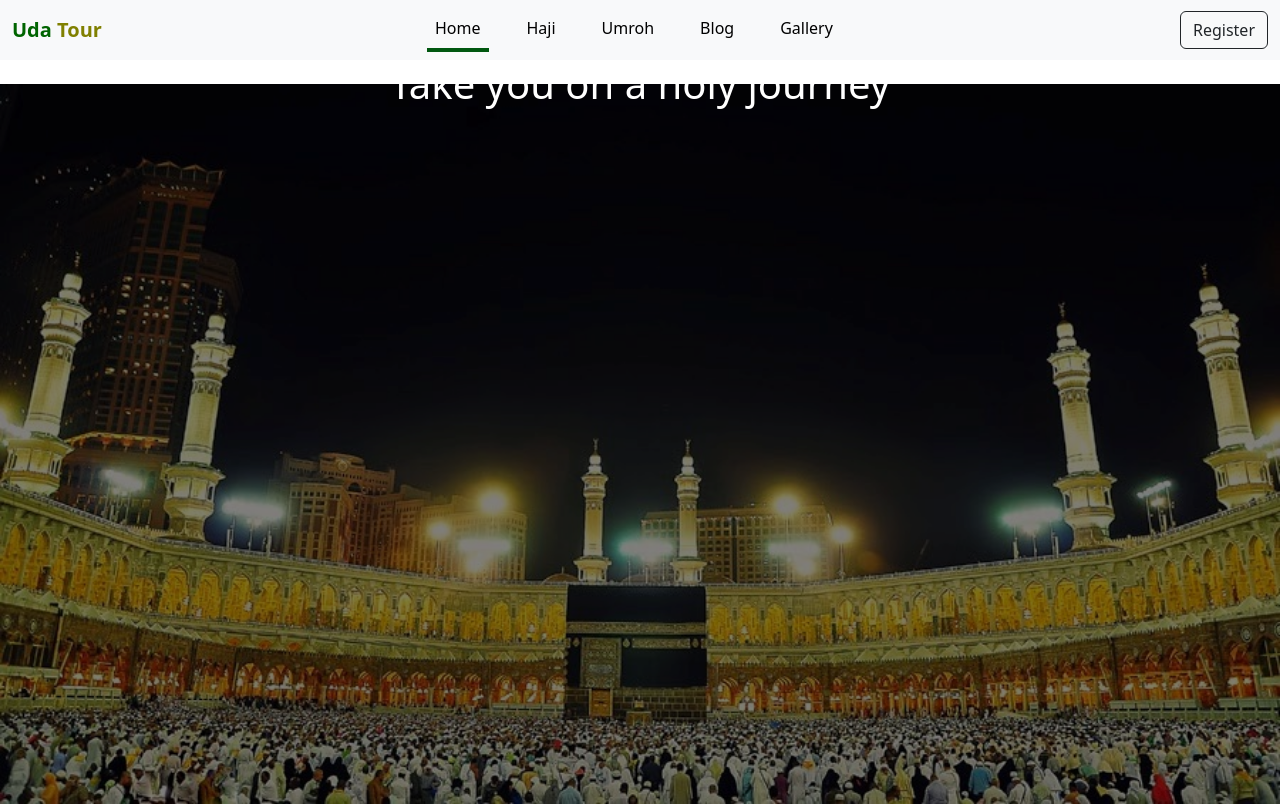
Repository: Putrabobi/Task7
Page: index.html
The author's editor kept a copy of each file at every save. The page is drawn from the files as they stood at one save, then again after the next save.
The browser window is 1280 px wide. The pictures show the whole page.

Above is the page before, as saved 2024-03-25 10:40:05.

### index.html
<!DOCTYPE html>
<html lang="en">

<head>
    <meta charset="UTF-8">
    <meta name="viewport" content="width=device-width, initial-scale=1.0">
    <title>Haji & Umroh</title>
    <link href="https://cdn.jsdelivr.net/npm/bootstrap@5.3.3/dist/css/bootstrap.min.css" rel="stylesheet"
        integrity="sha384-QWTKZyjpPEjISv5WaRU9OFeRpok6YctnYmDr5pNlyT2bRjXh0JMhjY6hW+ALEwIH" crossorigin="anonymous">
</head>

<body>
    <nav class="navbar navbar-expand-lg  bg-body-tertiary mb-4">
        <div class="container-fluid">
            <a class="navbar-brand" href="#">
                <span style="color: darkgreen;" class="fw-bold">Uda</span>
                <span style="color: olive;" class="fw-bold">Tour</span>
            </a>

            <button class="navbar-toggler" type="button" data-bs-toggle="collapse"
                data-bs-target="#navbarSupportedContent" aria-controls="navbarSupportedContent" aria-expanded="false"
                aria-label="Toggle navigation">
                <span class="navbar-toggler-icon"></span>
            </button>
            <div class="collapse navbar-collapse" id="navbarSupportedContent">
                <ul class="navbar-nav me-auto mb-2 mb-lg-0 mx-auto">
                    <li class="nav-item" style="margin-right: 30px;">
                        <a class="nav-link active" aria-current="page" href="#" style="border-bottom: 4px solid #00570f; color: #000000;">Home</a>
                    </li>
                    <li class="nav-item" style="margin-right: 30px;">
                        <a class="nav-link" href="#" style="color: #000;">Haji</a>
                    </li>
                    <li class="nav-item" style="margin-right: 30px;">
                        <a class="nav-link disabled" style="color: #000;">Umroh</a>
                    </li>
                    <li class="nav-item" style="margin-right: 30px;">
                        <a class="nav-link disabled" style="color: #000;">Blog</a>
                    </li>
                    <li class="nav-item" style="margin-right: 30px;">
                        <a class="nav-link disabled" style="color: #000;">Gallery</a>
                    </li>
                </ul>
                    <button class="btn btn-outline-dark" type="submit">Register</button>
            </div>

        </div>
    </nav>

    <div class="container-fluid p-0 position-relative">
        <img src="images/mekkah.jpg" style="filter: brightness(50%);" alt="Mekkah" width="100%">
        <h1 class="position-absolute start-50 top-0 translate-middle text-center" style="color: white;">Take you on a holy journey</h1>
    </div>




</body>

</html>

After the next save:
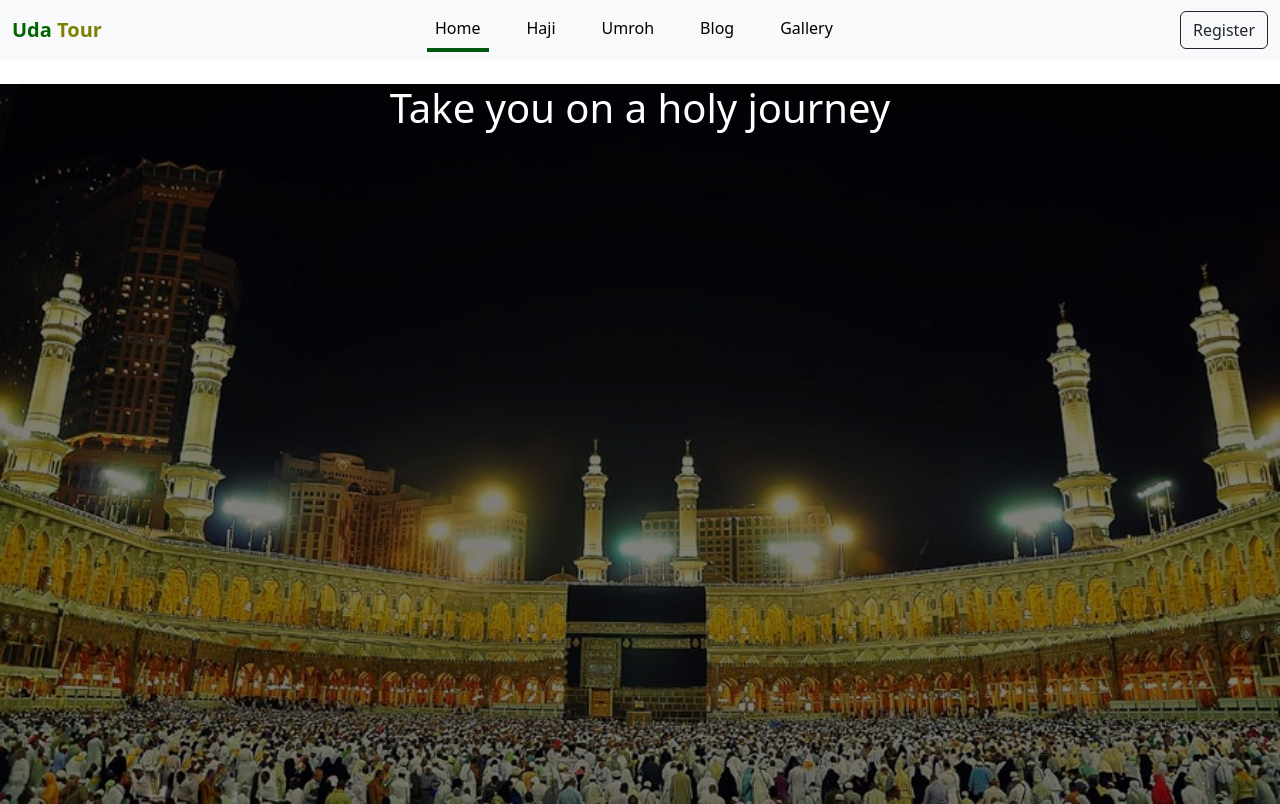
Saved 35 s later.
--- a/index.html
+++ b/index.html
@@ -48,7 +48,7 @@
 
     <div class="container-fluid p-0 position-relative">
         <img src="images/mekkah.jpg" style="filter: brightness(50%);" alt="Mekkah" width="100%">
-        <h1 class="position-absolute start-50 top-0 translate-middle text-center" style="color: white;">Take you on a holy journey</h1>
+        <h1 class="position-absolute start-50 top-0 translate-middle-x text-center" style="color: white;">Take you on a holy journey</h1>
     </div>
 
 
